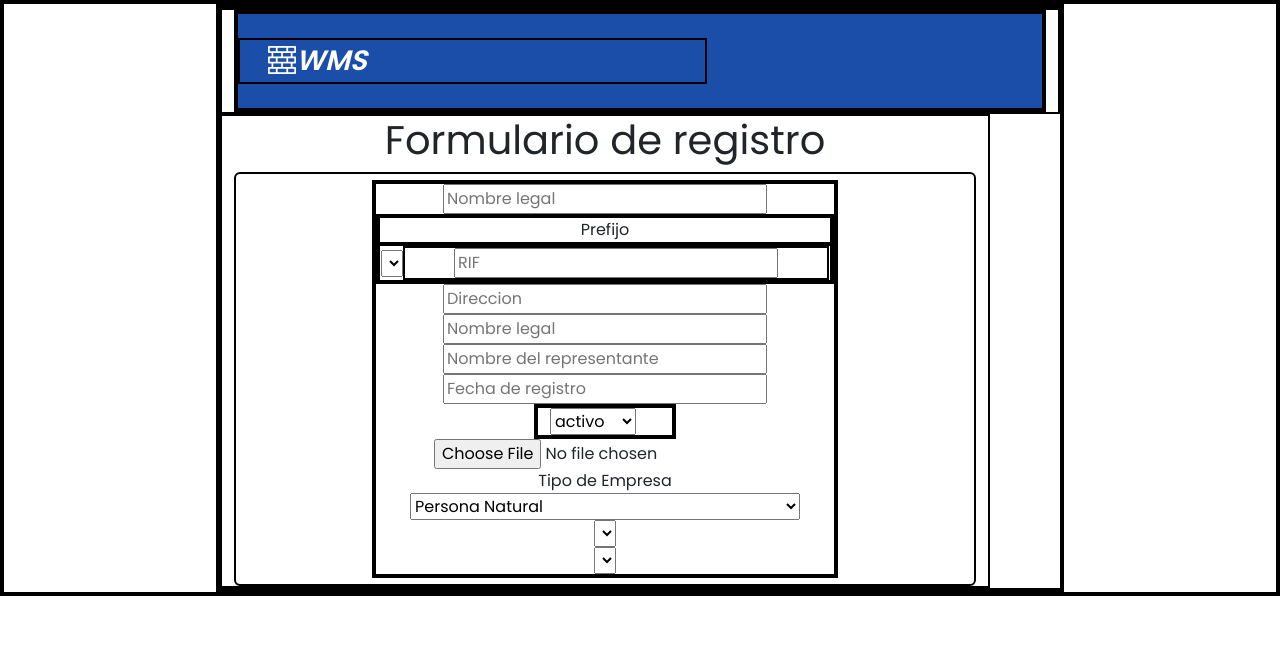
Repository: Rafa-x64/Gestion_inventario_practica
Page: http://localhost/Gestion_inventario/index.php?page=registro-empresa
An editor plug-in stored every save of this project. The page is shown before and after a run of saves, followed by the edit.
The browser window is 1280 px wide. The pictures show the whole page.
The page is run by PHP 8.4 with error messages shown; the project is at /var/www/html/.

Above is the page before, as saved 2025-07-23 17:04:51.

After the next 5 saves:
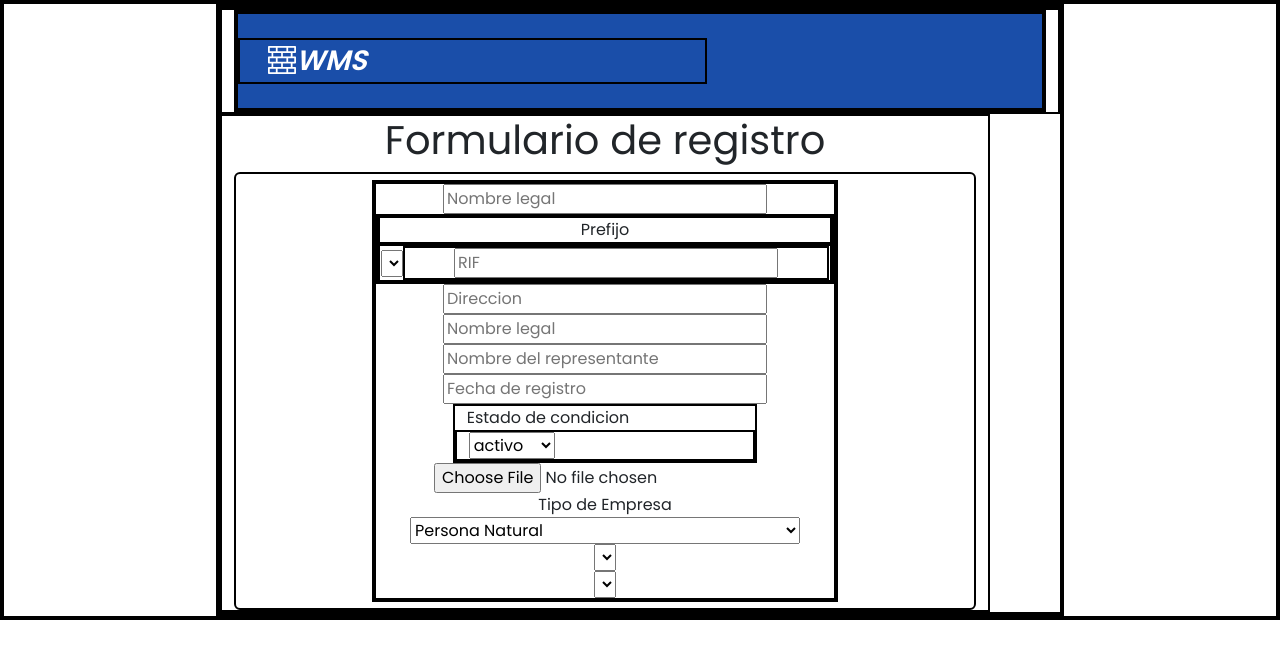
The 5 saves are shown as one change because they came seconds apart.
The last was saved 13 s later.
--- a/view/php/registro-empresa-view.php
+++ b/view/php/registro-empresa-view.php
@@ -51,7 +51,7 @@
                                 <input:mail id="correo" placeholder="Correo electronico"></input:mail>
                                 <input type="text" name="" id="nombre_representante" placeholder="Nombre del representante"><input type="text" name="" id="fecha_registro" placeholder="Fecha de registro">
                                 <div class="row">
-                                    <label for=""></label>
+                                    <label for="estado_condicion">Estado de condicion</label>
                                     <div class="col-12">
                                         <select name="estado_condicion" id="estado_condicion">
                                             <option value="activo">activo</option>
